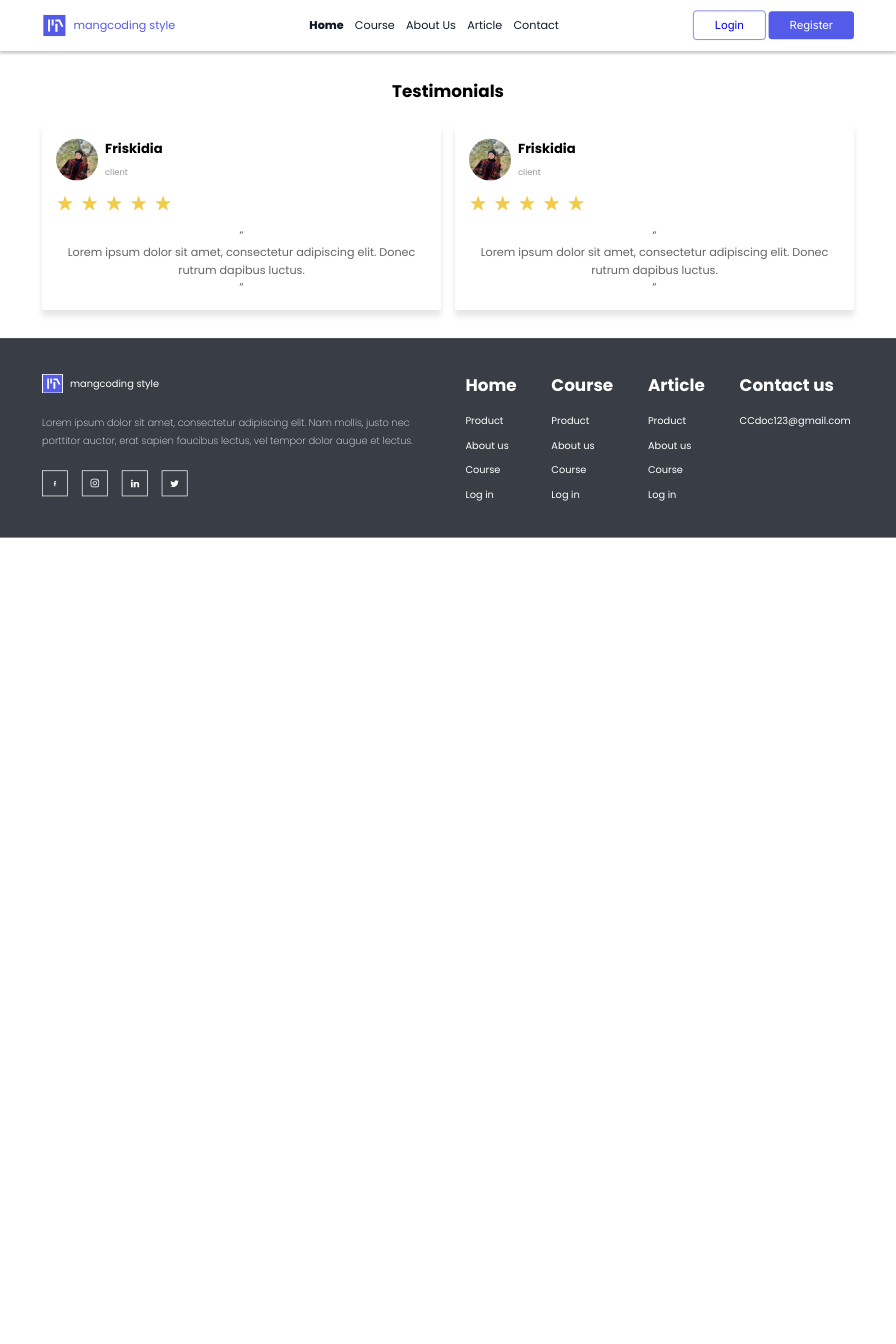
Repository: Dania-Alqam/landing-page
Page: index.html
The author's editor kept a copy of each file at every save. The page is drawn from the files as they stood at one save, then again after a run of saves.
The browser window is 1280 px wide. The pictures show the part of the page from y = 0 to 1920 px (the page is 5000 px tall), at 70% of full size.

Above is the page before, as saved 2024-06-22 17:03:49.

### index.html
<!DOCTYPE html>
<html lang="en">

<head>
    <meta charset="UTF-8" />
    <meta name="viewport" content="width=device-width, initial-scale=1.0" />
    <title>Document</title>
    <link rel="stylesheet" href="./assests/css/main.css" />
</head>

<body>
    <header class="header">
        <div class="container">
            <div class="row">
                <div class="logo">
                    <img src="./assests/images/public/Logo.svg" alt="logo" />
                    <a href="#">mangcoding style</a>
                </div>
                <nav class="nav">
                    <ul>
                        <li>
                            <a href="#" class="active">Home</a>
                        </li>
                        <li>
                            <a href="#">Course</a>
                        </li>
                        <li>
                            <a href="#">About Us</a>
                        </li>
                        <li>
                            <a href="#">Article</a>
                        </li>
                        <li>
                            <a href="#">Contact</a>
                        </li>
                    </ul>
                </nav>
                <div class="auth">
                    <a href="#">Login</a>
                    <a href="#">Register</a>
                </div>
            </div>
        </div>
    </header>

    <main>
        <section class="testimonials">
            <h2>
                Testimonials
            </h2>
            <div class="container">
                <div class="row">
                    <div class="testimonial">
                        <div class="user-info">
                            <img src="assests/images/clients/client1.jpeg" />
                            <div class="user-data">
                                <h3>Friskidia</h3>
                                <span>client</span>
                            </div>
                        </div>
                        <div class="ratings">
                            <img src="./assests/images/public/Star.svg" alt="stars" />
                            <img src="./assests/images/public/Star.svg" alt="stars" />
                            <img src="./assests/images/public/Star.svg" alt="stars" />
                            <img src="./assests/images/public/Star.svg" alt="stars" />
                            <img src="./assests/images/public/Star.svg" alt="stars" />

                        </div>
                        <blockquote>
                            <q>
                                <p> Lorem ipsum dolor sit amet, consectetur adipiscing elit. Donec rutrum dapibus
                                    luctus.
                                </p>

                            </q>
                        </blockquote>
                    </div>
                    <div class="testimonial">
                        <div class="user-info">
                            <img src="assests/images/clients/client1.jpeg" />
                            <div class="user-data">
                                <h3>Friskidia</h3>
                                <span>client</span>
                            </div>
                        </div>
                        <div class="ratings">
                            <img src="./assests/images/public/Star.svg" alt="stars" />
                            <img src="./assests/images/public/Star.svg" alt="stars" />
                            <img src="./assests/images/public/Star.svg" alt="stars" />
                            <img src="./assests/images/public/Star.svg" alt="stars" />
                            <img src="./assests/images/public/Star.svg" alt="stars" />

                        </div>
                        <blockquote>
                            <q>
                                <p> Lorem ipsum dolor sit amet, consectetur adipiscing elit. Donec rutrum dapibus
                                    luctus.
                                </p>                            </q>
                        </blockquote>
                    </div>
                </div>
            </div>

        </section>
    </main>
    <footer class="footer">
        <div class="container">
            <div class="row">
                <div class="footer-start">
                    <div class="logo">
                        <img src="./assests/images/public/Logo.svg" alt="logo" />
                        <a href="#">mangcoding style</a>
                    </div>
                    <p>
                        Lorem ipsum dolor sit amet, consectetur adipiscing elit. Nam
                        mollis, justo nec porttitor auctor, erat sapien faucibus lectus,
                        vel tempor dolor augue et lectus.
                    </p>
                    <div class="icons">
                        <a href="#"><img src="./assests/images/public/facebok.svg" /></a>
                        <a href="#"><img src="./assests/images/public/instagram.svg" /></a>
                        <a href="#"><img src="./assests/images/public/linkedin.svg" /></a>
                        <a href="#"><img src="./assests/images/public/twitter.svg" /></a>
                    </div>
                </div>
                <div class="footer-end">
                    <div class="row">
                        <div class="footer-item">
                            <h2>
                                Home
                            </h2>
                            <ul>
                                <li>
                                    <a href="#">Product</a>
                                </li>
                                <li>
                                    <a href="#">About us</a>
                                </li>
                                <li>
                                    <a href="#">Course</a>
                                </li>
                                <li>
                                    <a href="#">Log in</a>
                                </li>
                            </ul>
                        </div>
                        <div class="footer-item">
                            <h2>
                                Course
                            </h2>
                            <ul>
                                <li>
                                    <a href="#">Product</a>
                                </li>
                                <li>
                                    <a href="#">About us</a>
                                </li>
                                <li>
                                    <a href="#">Course</a>
                                </li>
                                <li>
                                    <a href="#">Log in</a>
                                </li>
                            </ul>
                        </div>
                        <div class="footer-item">
                            <h2>
                                Article
                            </h2>
                            <ul>
                                <li>
                                    <a href="#">Product</a>
                                </li>
                                <li>
                                    <a href="#">About us</a>
                                </li>
                                <li>
                                    <a href="#">Course</a>
                                </li>
                                <li>
                                    <a href="#">Log in</a>
                                </li>
                            </ul>
                        </div>
                        <div class="footer-item">
                            <h2>
                                Contact us
                            </h2>
                            <ul>
                                <li>
                                    <a href="#">CCdoc123@gmail.com</a>
                                </li>

                        </div>
                    </div>
                </div>
            </div>
        </div>
    </footer>
</body>

</html>

### assests/css/main.css
@import url(./public.css);

/* start header */
.header {
  position: sticky;
  top: 0;
  box-shadow: 0px 4px 4px rgba(0, 0, 0, 0.25);
  padding: 20px 0;
  background-color: #fff;
}

.nav ul {
  display: flex;
  flex-wrap: wrap;
  gap: 16px;
}
.header .logo {
  display: flex;
  flex-wrap: wrap;
  align-items: center;
  gap: 10px;
}
.header .logo img {
  width: 35px;
}

.header .logo a {
  color: var(--mainColor);
}

.header .nav a {
  color: #101928;
}

.header .nav a:hover {
  color: var(--mainColor);
}
/* For the home bold*/
.active {
  font-weight: 800;
}
/* common properities*/
.header .auth a {
  font-family: var(--subFont);
  padding: 10px 30px;
  border-radius: 5px;
}
.header .auth a:first-of-type {
  border: 1px solid var(--mainColor);
}
.header .auth a:last-of-type {
  background-color: var(--mainColor);
  color: white;
}
@media (max-width: 900px) {
  .header .nav {
    display: none;
  }
}
/* end header */

/* start testemonials*/
.testimonials {
  text-align: center;
  padding: 40px 0;
}
.testimonials .row {
  gap: 20px;
}

.testimonials h2 {
  margin-bottom: 30px;
}
.testimonial {
  display: flex;
  flex-direction: column;
  gap: 20px;
  align-items: flex-start;
  width: calc((100% - 20px) / 2);
  box-shadow: 0px 8.23719596862793px 8.23719596862793px rgba(0, 0, 0, 0.1);
  padding: 20px;

}
.testimonial .user-info img {
  width: 60px;
  height: 60px;
  border-radius: 50%;
}

.testimonial .user-info {
  display: flex;
  flex-wrap: wrap;
  gap: 10px;
}
.testimonial .user-info .user-data {
  display: flex;
  flex-direction: column;
  gap: 10px;
  flex-wrap: wrap;
  align-items: start;
}

.testimonial .user-info .user-data span {
  font-size: 12px;
  color: #969696;
}

.testimonial .ratings {
  display: flex;
  flex-wrap: wrap;
  gap: 10px;
}

.testimonial q{
    color: #646464;
}

.testimonial blockquote p{
    display: inline-block;
    padding: 0 4px;
}
/* start footer */
.footer {
  background-color: #393e46;
  padding: 50px 0;
}

.footer a,
.footer h2 {
  color: #fff;
}

.footer .footer-start,
.footer .footer-end {
  width: calc((100% - 40px) / 2);
}

.footer .row {
  gap: 40px;
}

.footer .footer-start {
  display: flex;
  flex-direction: column;
  gap: 30px;
  flex-wrap: wrap;
}

.footer .footer-start .logo {
  display: flex;
  flex-wrap: wrap;
  gap: 10px;
  align-items: center;
}
.footer .footer-start .logo img {
  width: 30px;
}
.footer .footer-start .logo a {
  font-size: 14px;
}
.footer .footer-start p {
  color: #f4f4f4;
  line-height: 25px;
  font-size: 14px;
  font-weight: 200;
}
.footer .footer-start .icons {
  display: flex;
  flex-wrap: wrap;
  gap: 20px;
}
.footer .footer-start .icons img {
  width: 15px;
  height: 15px;
  border: 1px solid #fff;
  padding: 10px;
  box-sizing: content-box;
}

.footer-end .row {
  align-items: start;
  justify-content: space-around;
}
.footer-end .footer-item {
  display: flex;
  flex-direction: column;
  flex-wrap: wrap;
  gap: 20px;
}
.footer-end .footer-item ul {
  display: flex;
  flex-direction: column;
  flex-wrap: wrap;
  gap: 10px;
}
.footer-end .footer-item a {
  font-size: 14px;
}

/* end footer */

### assests/images/public/Star.svg
<svg width="25" height="25" viewBox="0 0 10 9" fill="none" xmlns="http://www.w3.org/2000/svg">
<path d="M5.00313 0.422667C5.06478 0.232942 5.33319 0.232942 5.39483 0.422668L6.26237 3.09266C6.28994 3.17751 6.36901 3.23496 6.45822 3.23496H9.26562C9.46511 3.23496 9.54805 3.49023 9.38666 3.60749L7.11543 5.25764C7.04325 5.31007 7.01305 5.40302 7.04062 5.48787L7.90815 8.15787C7.9698 8.34759 7.75265 8.50536 7.59126 8.3881L5.32003 6.73796C5.24785 6.68552 5.15012 6.68552 5.07794 6.73796L2.80671 8.3881C2.64532 8.50536 2.42817 8.34759 2.48981 8.15787L3.35735 5.48787C3.38492 5.40302 3.35472 5.31007 3.28254 5.25764L1.01131 3.60749C0.849916 3.49023 0.93286 3.23496 1.13235 3.23496H3.93975C4.02896 3.23496 4.10803 3.17751 4.1356 3.09266L5.00313 0.422667Z" fill="#F1CC4A"/>
</svg>

### assests/css/public.css
@import url('https://fonts.googleapis.com/css2?family=Poppins:ital,wght@0,100;0,200;0,300;0,400;0,500;0,600;0,700;0,800;0,900;1,100;1,200;1,300;1,400;1,500;1,600;1,700;1,800;1,900&display=swap');
@import url('https://fonts.googleapis.com/css2?family=Inter:wght@100..900&display=swap');

*{
    margin: 0;
    padding: 0;
    box-sizing: border-box;
}
:root{
    --mainFont: "Poppins", sans-serif;
    --subFont:  "Inter", sans-serif;
    --mainColor: #545BE8;

}
body{
    font-family: var(--mainFont);
    height: 5000px;
}
a{
    text-decoration: none;
}
ul{
    list-style: none;
}
.row{
    display: flex;
    justify-content: space-between;
    align-items: center;
    flex-wrap: wrap;

}

.container{
    /* width from figma is 60px from each side*/
    width: calc(100% - 120px);
    margin: auto;
}

After the next 2 saves:
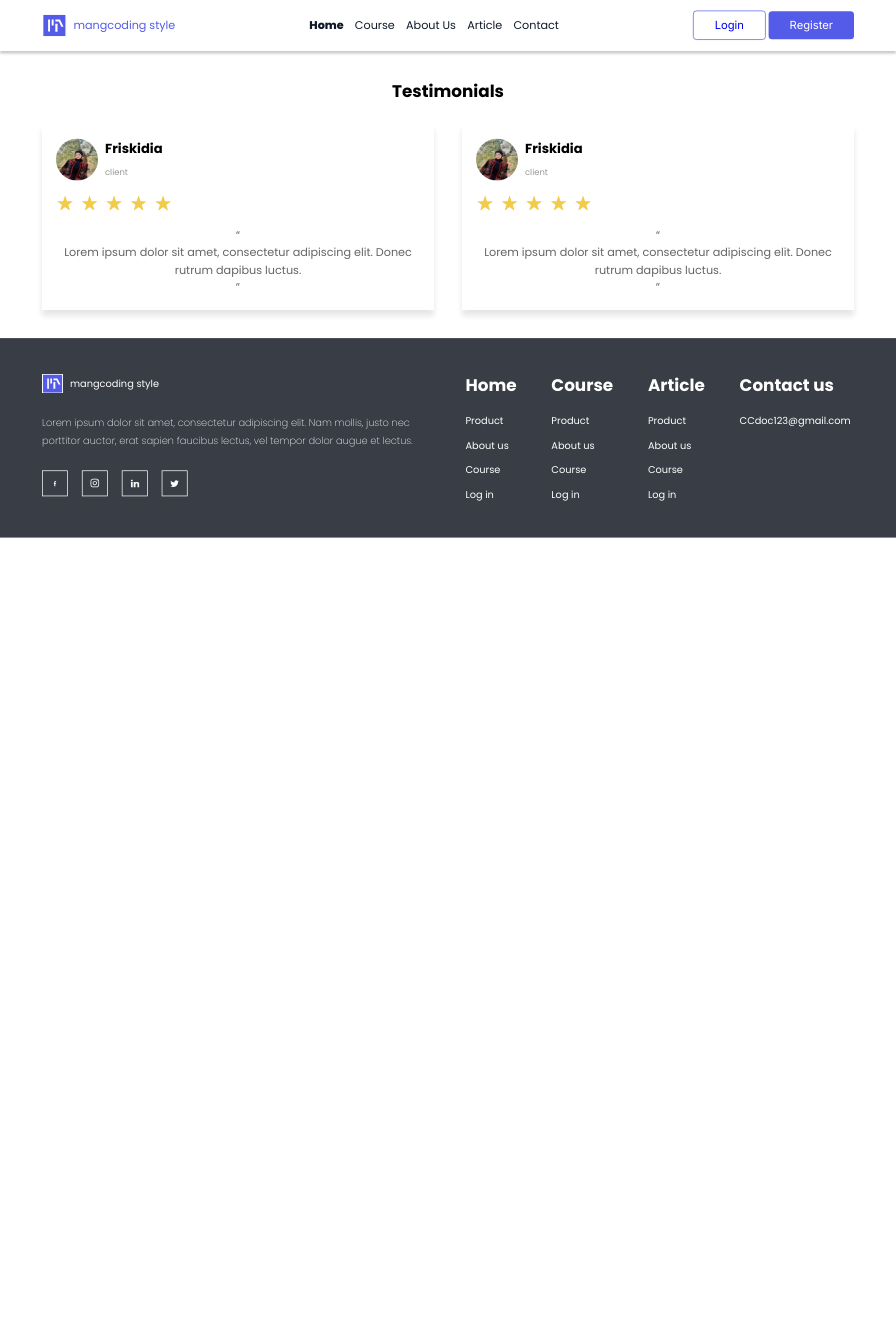
The 2 saves are shown as one change because they came seconds apart.
The last was saved 12 s later.
--- a/assests/css/main.css
+++ b/assests/css/main.css
@@ -65,7 +65,7 @@
   padding: 40px 0;
 }
 .testimonials .row {
-  gap: 20px;
+  gap: 40px;
 }
 
 .testimonials h2 {
@@ -76,7 +76,7 @@
   flex-direction: column;
   gap: 20px;
   align-items: flex-start;
-  width: calc((100% - 20px) / 2);
+  width: calc((100% - 40px) / 2);
   box-shadow: 0px 8.23719596862793px 8.23719596862793px rgba(0, 0, 0, 0.1);
   padding: 20px;
 
